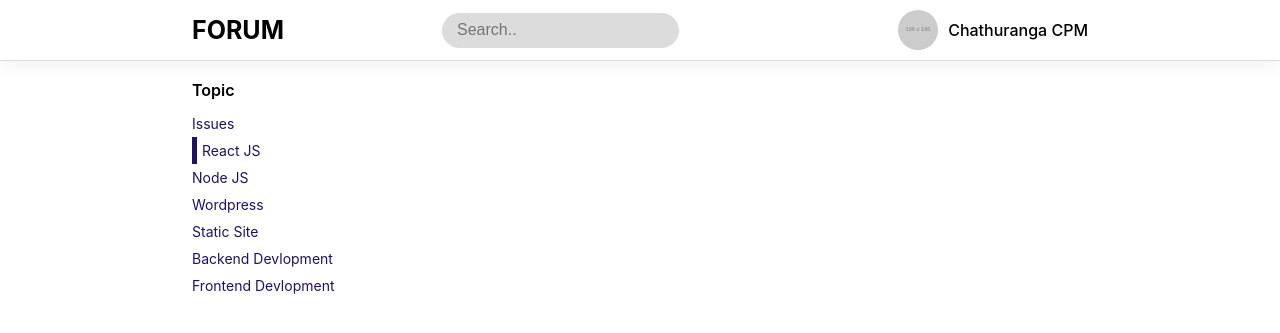
Repository: ChathurangaCPM/developer-forum
Page: / (app in client/)
An editor plug-in stored every save of this project. The page is shown before and after the next save, followed by the edit.
The browser window is 1280 px wide. The pictures show the whole page.
The project was rebuilt for these pictures with package versions that can differ from the ones it lists, and the page was loaded fresh each time.

Above is the page before, as saved 2022-05-09 21:13:45.

### client/public/index.html
<!DOCTYPE html>
<html lang="en">
  <head>
    <meta charset="utf-8" />
    <link rel="icon" href="%PUBLIC_URL%/favicon.ico" />
    <meta name="viewport" content="width=device-width, initial-scale=1" />
    <meta name="theme-color" content="#000000" />
    <meta
      name="description"
      content="Web site created using create-react-app"
    />
    <link rel="apple-touch-icon" href="%PUBLIC_URL%/logo192.png" />
    <link rel="manifest" href="%PUBLIC_URL%/manifest.json" />

    <title>React App</title>
  </head>
  <body>
    <noscript>You need to enable JavaScript to run this app.</noscript>
    <div id="root"></div>

  </body>
</html>

### client/src/App.js
import MainHeader from "./components/MainHeader/MainHeader";
import SideBar from "./components/SideBar/SideBar";
import './App.min.css';

function App() {
	return (
		<div className="main_wrapper">
			<MainHeader/>
			<div className="wrap_inner_data">
				<div className="side_bar">
					<SideBar/>
				</div>
				<div className="main_content_area">

				</div>
			</div>
		</div>
	);
}

export default App;

### client/src/components/MainHeader/MainHeader.js
import React from 'react';
import { Link } from 'react-router-dom';
import '../../scss/componets/MainHeader/MainHeader.min.css';

function MainHeader() {
	return (
		<div className="main_header">
			<div className="wrap_middle">

				<div className="main_logo">
					<span>FORUM</span>
				</div>


				<div className="search_form">
					<form method="">
						<input type="search" placeholder="Search.."/>
					</form>
				</div>

				<div className="user_pro">
					<img src="//dummyimage.com/100x100/000/fff"/>
					<span>Chathuranga CPM</span>
				</div>
			</div>
		</div>
	);
}

export default MainHeader;

### client/src/components/SideBar/SideBar.js
import '../../scss/componets/SideBar/SideBar.min.css';

function SideBar() {
	return (
		<div className="main_sidebar_wrapper">
			<div className="menu_area">
				<span className="title">Topic</span>
                <ul>
                    <li>Issues</li>
                    <li className="active">React JS</li>
                    <li>Node JS</li>
                    <li>Wordpress</li>
                    <li>Static Site</li>
                    <li>Backend Devlopment</li>
                    <li>Frontend Devlopment</li>
                </ul>
            </div>
		</div>
	);
}

export default SideBar;

### client/src/App.min.css
:root{--primary-color: rgb(30, 17, 103);--secondary-color: #ddd;--border-color: #dcdcdc}.main_wrapper{padding-top:80px}.main_wrapper .wrap_inner_data{display:-webkit-box;display:-ms-flexbox;display:flex;-ms-flex-wrap:wrap;flex-wrap:wrap;max-width:70%;margin:0 auto}.main_wrapper .wrap_inner_data .side_bar{width:250px}.main_wrapper .wrap_inner_data .main_content_area{width:calc(100% - 250px)}img{width:100%}

### client/src/scss/componets/MainHeader/MainHeader.min.css
.main_header{padding:10px 0;border-bottom:1px solid var(--border-color);-webkit-box-shadow:0px 4px 20px 0px rgba(0,0,0,0.06);box-shadow:0px 4px 20px 0px rgba(0,0,0,0.06);position:fixed;top:0;width:100%;z-index:10px;background:#fff}.main_header .wrap_middle{max-width:70%;margin:0 auto;display:-webkit-box;display:-ms-flexbox;display:flex;-webkit-box-align:center;-ms-flex-align:center;align-items:center}.main_header .wrap_middle .main_logo{width:250px}.main_header .wrap_middle .main_logo span{font-size:25px;font-weight:bold;text-transform:uppercase}.main_header .wrap_middle .search_form{width:calc(100% - 500px)}.main_header .wrap_middle .search_form input{border:none;font-size:16px;line-height:16px;height:35px;border-radius:20px;outline:none;background:var(--border-color);padding:0 15px}.main_header .wrap_middle .user_pro{width:250px;display:-webkit-box;display:-ms-flexbox;display:flex;-webkit-box-align:center;-ms-flex-align:center;align-items:center;-webkit-box-pack:end;-ms-flex-pack:end;justify-content:flex-end}.main_header .wrap_middle .user_pro img{width:40px;height:40px;border-radius:100%;overflow:hidden}.main_header .wrap_middle .user_pro span{padding-left:10px;font-weight:500}

### client/src/scss/componets/SideBar/SideBar.min.css
.main_sidebar_wrapper .menu_area span.title{font-weight:600;display:block;margin-bottom:10px}.main_sidebar_wrapper .menu_area ul{padding:0;list-style:none;margin:0}.main_sidebar_wrapper .menu_area ul li{color:var(--primary-color);padding:5px 0;font-size:14px;-webkit-transition:all 0.3s ease-in-out;transition:all 0.3s ease-in-out;border-left-width:0}.main_sidebar_wrapper .menu_area ul li:hover,.main_sidebar_wrapper .menu_area ul li.active{border-left:5px solid var(--primary-color);padding-left:5px;-webkit-transition:all 0.3s ease-in-out;transition:all 0.3s ease-in-out;cursor:pointer}

### client/src/components/AddQuestion/AddQuestion.js

function AddQuestion() {
	return (
		<div className="AddQuestion_wrapper">
			Add my Question
		</div>
	);
}

export default AddQuestion;

Loaded but not shown: client/src/index.js (common file); client/src/index.css (common file); client/src/reportWebVitals.js (common file)

After the next save:
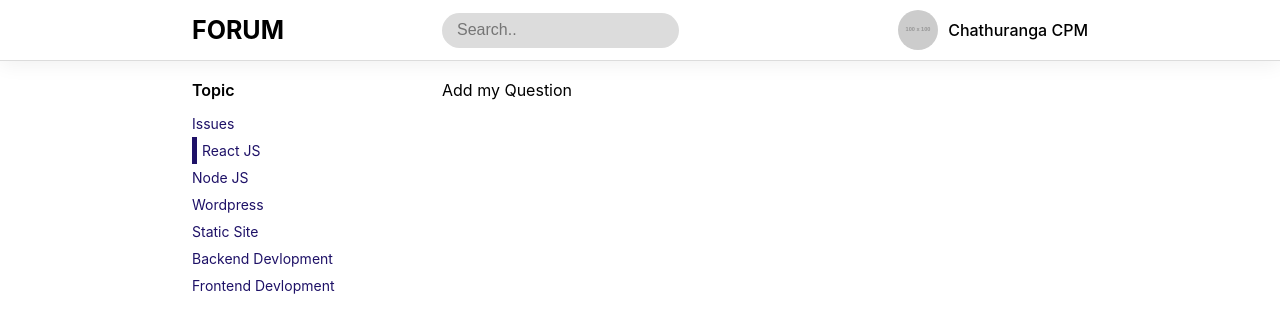
Saved 17 s later.
--- a/client/src/App.js
+++ b/client/src/App.js
@@ -1,6 +1,7 @@
 import MainHeader from "./components/MainHeader/MainHeader";
 import SideBar from "./components/SideBar/SideBar";
 import './App.min.css';
+import AddQuestion from "./components/AddQuestion/AddQuestion";
 
 function App() {
 	return (
@@ -11,7 +12,7 @@ function App() {
 					<SideBar/>
 				</div>
 				<div className="main_content_area">
-
+					<AddQuestion/>
 				</div>
 			</div>
 		</div>
